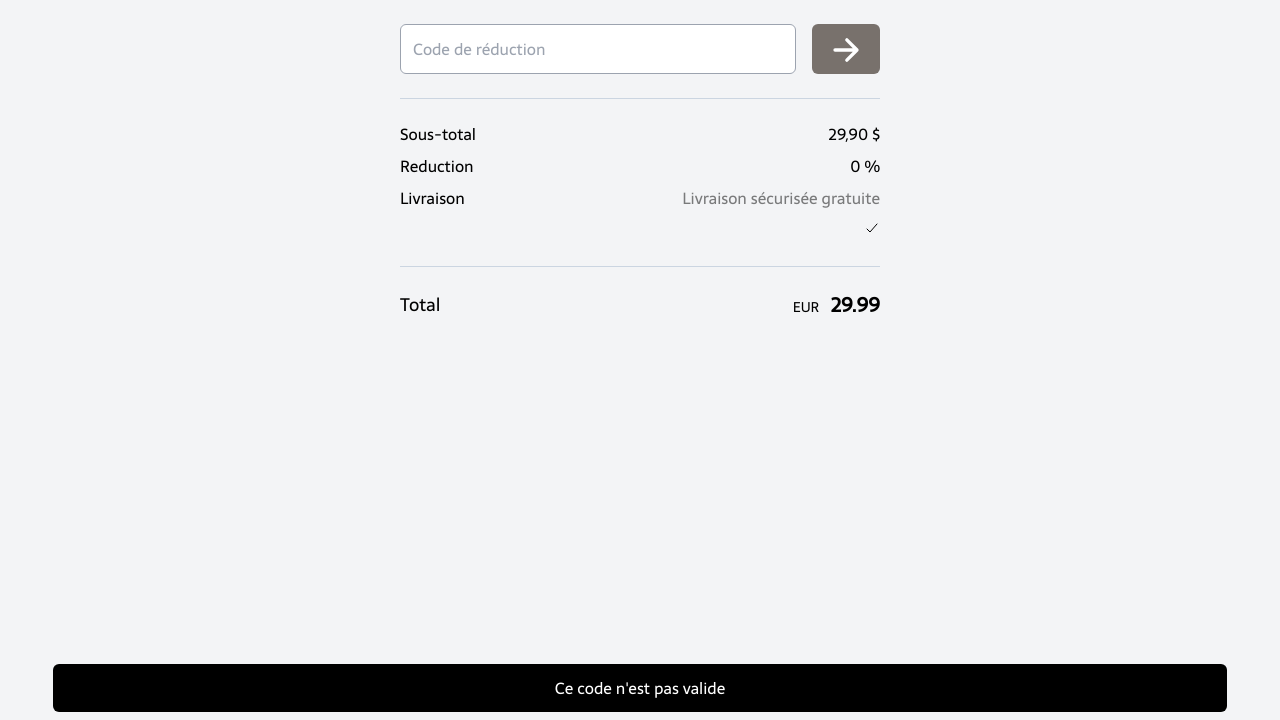
Repository: darlino/gotyu_shopify_section
Page: reduction_input210223/index.html
These files come from the project's save history. The page is drawn as it stood at one moment and after the next save; the edit follows.
The browser window is 1280 px wide. The pictures show the whole page.
Some web libraries are served in a nearby version.

Above is the page before, as saved 2023-02-21 23:19:08.

### reduction_input210223/index.html
<!DOCTYPE html>
<html lang="en">
  <head>
    <meta charset="UTF-8" />
    <meta http-equiv="X-UA-Compatible" content="IE=edge" />
    <meta name="viewport" content="width=device-width, initial-scale=1.0" />
    <title>Document</title>
    <link rel="preconnect" href="https://fonts.googleapis.com" />
    <link rel="preconnect" href="https://fonts.gstatic.com" crossorigin />
    <link
      href="https://fonts.googleapis.com/css2?family=Sarala&display=swap"
      rel="stylesheet"
    />
    <link rel="stylesheet" href="style.css" />
    <script src="https://cdn.tailwindcss.com"></script>
    <script
      type="module"
      src="https://unpkg.com/ionicons@5.5.2/dist/ionicons/ionicons.esm.js"
    ></script>
    <script
      nomodule
      src="https://unpkg.com/ionicons@5.5.2/dist/ionicons/ionicons.js"
    ></script>
  </head>
  <body>
    <section id="reduction210223">
      <div
        class="max-w-[1300px] relative h-screen flex flex-col mx-auto bg-gray-100"
      >
        <div
          class="flex flex-col space-y-6 md:px-20 px-8 py-6 mx-auto md:w-1/2 w-full"
        >
          <div id="form" class="form flex flex-row justify-between space-x-4">
            <input
              type="text"
              id="reduction"
              name="reduction"
              class="px-3 w-5/6 py-2 border outline-none border-1 border-gray-400 bg-white rounded-md"
              placeholder="Code de réduction"
            />
            <button
              type="button"
              onclick="checkCoupon()"
              class="px-2 w-1/6 py-1 bg-stone-500 rounded-md text-center"
            >
              <ion-icon
                name="arrow-forward-outline"
                class="text-4xl bg-none text-white relative top-1"
              ></ion-icon>
            </button>
          </div>
          <div class="w-full h-[.25px] bg-slate-300"></div>
          <div class="flex flex-col space-y-2">
            <div class="flex flex-row justify-between">
              <p class="text-md">Sous-total</p>
              <p class="text-md">29,90 $</p>
            </div>
            <div class="flex flex-row justify-between">
              <p class="text-md">Reduction</p>
              <p class="text-md"><span id="reductionCode">  </span> %</p>
            </div>
            <div class="flex flex-row justify-between">
              <p class="text-md">Livraison</p>
              <div class="flex flex-col space-y-2">
                <p class="text-md text-black/50">
                  Livraison sécurisée gratuite
                </p>
                <span class="text-right">
                  <ion-icon name="checkmark-outline"></ion-icon>
                </span>
              </div>
            </div>
          </div>
          <div class="w-full h-[.25px] bg-slate-300"></div>
          <div class="flex flex-row justify-between">
            <p class="text-lg">Total</p>
            <p class="text-xl">
              <span class="px-2 text-sm"> EUR </span> <span id="price" class="font-bold"> $
            </p>
          </div>
          <div
            id="error-message"
            class="absolute error-message bottom-2 left-1 right-1 rounded-md mx-auto px-10 p-3 bg-black text-center w-11/12 text-white"
          >
            Ce code n'est pas valide
          </div>
        </div>
      </div>
    </section>
    <script type="text/javascript">
      const promoCoupons = [
        {
          name: "abra",
          code: 20,
        },
        {
          name: "bonjour",
          code: 40,
        },
        {
          name: "cafe",
          code: 15,
        },
        {
          name: "dalton",
          code: 50,
        },
      ];
      let reductionCode = document.getElementById("reductionCode");
      let price = document.getElementById("price");

      let defaultPrice = 29.99;
      price.innerHTML = defaultPrice;
      reductionCode.innerHTML = 0;

      function checkCoupon() {
        let inputValue = document.getElementById("reduction").value;
        let error_message = document.getElementById("error-message");


        const promo = promoCoupons.filter(
          (coupon) => coupon.name === inputValue
        );

        if( promo.length === 0 ){
          price.innerHTML = defaultPrice
          reductionCode.innerHTML = 0
        }
        else {
          let code = promo[0].code
          let totalPrice = defaultPrice * code/100
          price.innerHTML = totalPrice.toFixed(2)
          reductionCode.innerHTML = code
          console.log(code)
        }
      }
    </script>
  </body>
</html>

### reduction_input210223/style.css
* {
  margin: 0;
  padding: 0;
  font-family: "Sarala", sans-serif;
  overflow: hidden;
}
#reduction {
  width: 100%;
  height: 100%;
}

After the next save:
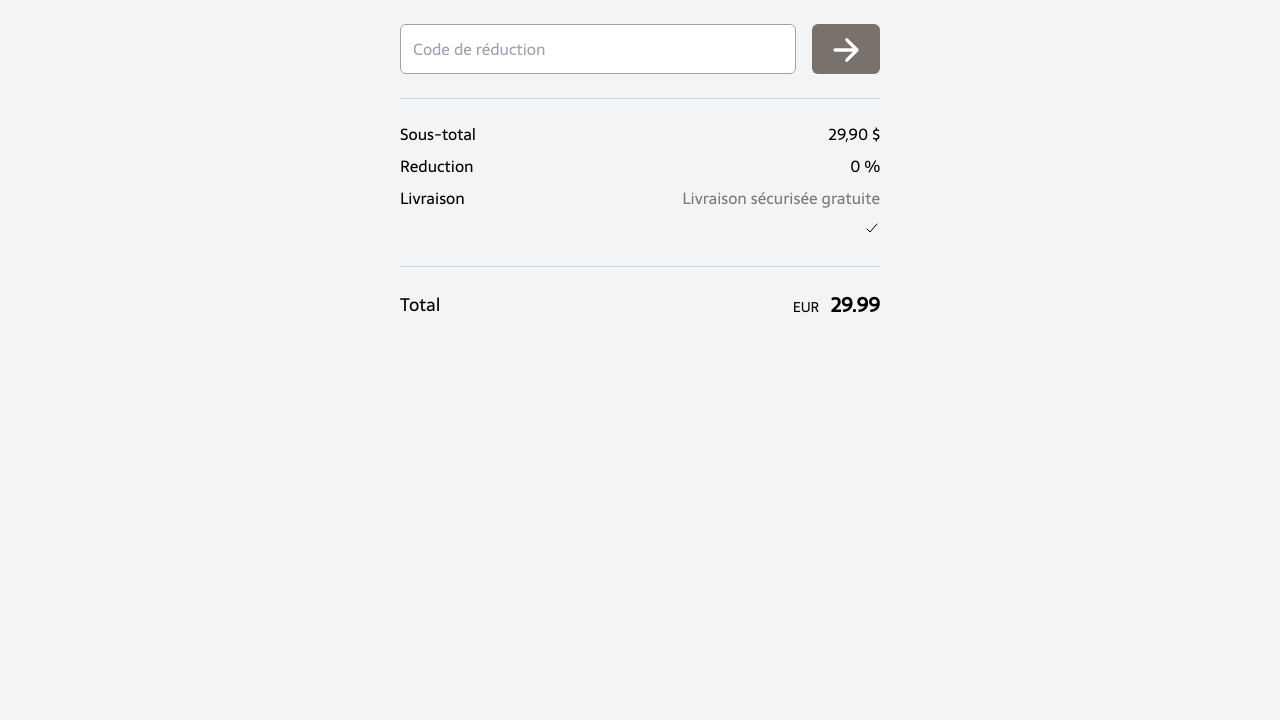
Saved 89 s later.
--- a/reduction_input210223/index.html
+++ b/reduction_input210223/index.html
@@ -80,7 +80,7 @@
           </div>
           <div
             id="error-message"
-            class="absolute error-message bottom-2 left-1 right-1 rounded-md mx-auto px-10 p-3 bg-black text-center w-11/12 text-white"
+            class="absolute hidden error-message bottom-2 left-1 right-1 rounded-md mx-auto px-10 p-3 bg-black text-center w-11/12 text-white"
           >
             Ce code n'est pas valide
           </div>
@@ -132,6 +132,9 @@
           price.innerHTML = totalPrice.toFixed(2)
           reductionCode.innerHTML = code
           console.log(code)
+          setInterval(() => {
+            error_message.style.display = "block"
+          }, 2000);
         }
       }
     </script>
